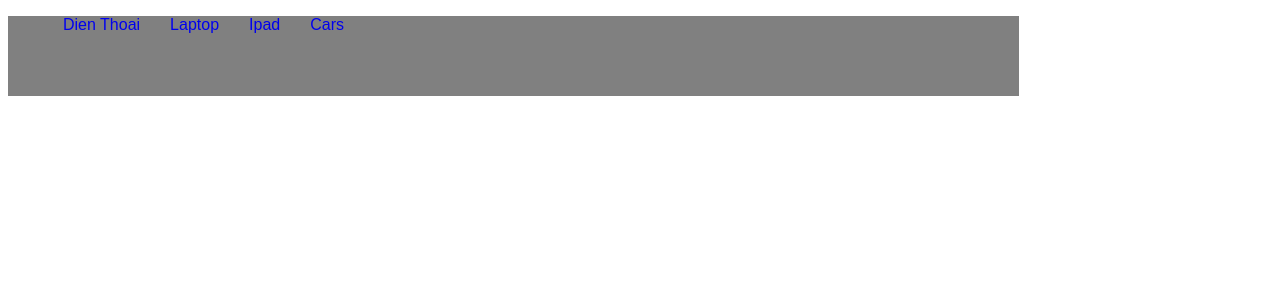
Repository: nvngon2604/Git
Page: web/index.html
The author's editor kept a copy of each file at every save. The page is drawn from the files as they stood at one save, then again after a run of saves.
The browser window is 1280 px wide. The pictures show the whole page.
Some web libraries are served in a nearby version.

Above is the page before, as saved 2020-05-10 10:28:38.

After the next 2 saves:
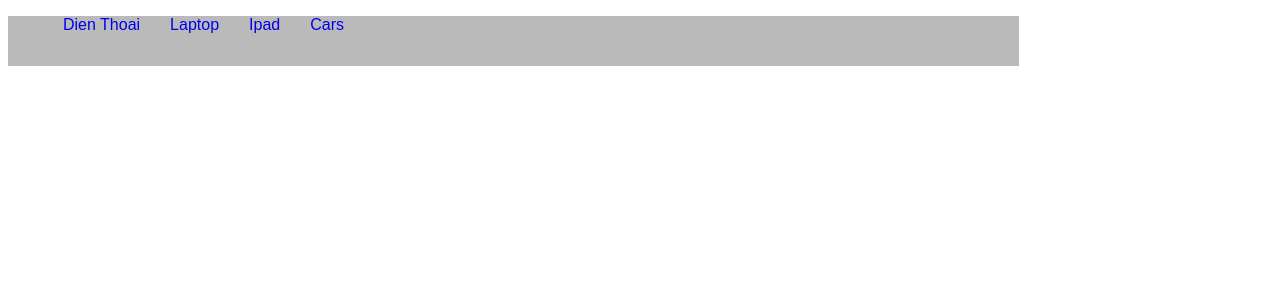
The 2 saves are shown as one change because they came seconds apart.
The last was saved 8 s later.
--- a/web/web.css
+++ b/web/web.css
@@ -3,8 +3,8 @@
 }
 .container header{
     width: 80%;
-    height: 80px;
-    background-color: grey
+    height: 50px;
+    background-color: rgb(187, 186, 186)
 }
 .container header ul{
     list-style: none;
